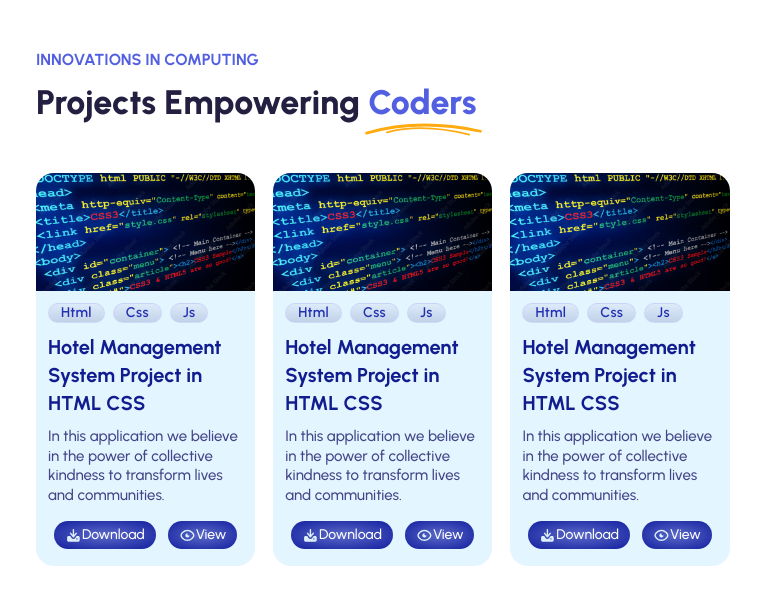
Repository: sharma171/jtccreativeideas
Page: /newsection (app in nextjssite/)
The author's editor kept a copy of each file at every save. The page is drawn from the files as they stood at one save, then again after the next save.
The browser window is 768 px wide. The pictures show the whole page.
The project was rebuilt for these pictures with package versions that can differ from the ones it lists, and the page was loaded fresh each time. The framework's server and built-in components were replaced by stand-ins that run in the browser. Also part of the build but not shown: nextjssite/next.config.mjs.

Above is the page before, as saved 2024-03-28 16:50:20.

### nextjssite/src/app/layout.js
// import { Inter } from "next/font/google";
// import "./globals.css";
import 'bootstrap/dist/css/bootstrap.min.css';

// const inter = Inter({ subsets: ["latin"] });

export const metadata = {
  title: "Create Next App",
  description: "Generated by create next app",
};

 const RootLayout = ({ children }) => {
  return (
    <html lang="en">
      <body>
        {/* Layout UI */}
        <main>{children}</main>
      </body>
    </html>
  )
}
export default RootLayout;

### nextjssite/src/app/newsection/page.jsx
import React from 'react'
import "./page.css"
import Headicon from "./after-head-icon.svg"
import Image from 'next/image'
import Link from 'next/link'
import Projimg1 from './images/projsection1.png'
import Projimg2 from './images/projsection2.png'
import Projimg3 from './images/projsection3.png'
import Downloadicon from './images/Download-icon.svg'
import Viewicon from './images/view-icon.svg'
const Page = () => {
    return(
        <>
        <section className="projects">
            <div className="container">
                <div className="col-flex main-head">
                    <h5 className="small-head">Innovations in Computing</h5>
                    <h3 className="bghead">Projects Empowering <span>Coders
                        <Image src={Headicon}></Image></span></h3>
                </div>
                <ul className="project-cards">
                    <li>

                        <div className="card-inner">
                            <Image src={Projimg1} alt="project" className="thumb"></Image>
                            <div className="info">
                                <div className="tech-info">
                                    <span>Html</span>
                                    <span>Css</span>
                                    <span>Js</span>
                                </div>
                                <Link href="/newsection" className="text-link">
                                    <h3 className="heading">
                                        Hotel Management System Project in HTML CSS
                                    </h3>
                                </Link>
                                <p className="cardpara">
                                    In this application we believe in the power of collective kindness to transform lives and communities.
                                </p>
                                <div className="card-button">
                                    <a href="" className="bot-button">
                                        <Image src={Downloadicon} alt='icon'></Image>
                                        Download
                                    </a>
                                    <a href="" className="bot-button">
                                        <Image src={Viewicon} alt='icon'></Image>
                                        View
                                    </a>
                                </div>
                            </div>
                        </div>
                    </li>
                    <li>

                            <div className="card-inner">
                                <Image src={Projimg1} alt="project" className="thumb"></Image>
                                <div className="info">
                                    <div className="tech-info">
                                        <span>Html</span>
                                        <span>Css</span>
                                        <span>Js</span>
                                    </div>
                                    <Link href="/newsection" className="text-link">
                                        <h3 className="heading">
                                            Hotel Management System Project in HTML CSS
                                        </h3>
                                    </Link>
                                    <p className="cardpara">
                                        In this application we believe in the power of collective kindness to transform lives and communities.
                                    </p>
                                    <div className="card-button">
                                        <a href="" className="bot-button">
                                            <Image src={Downloadicon} alt='icon'></Image>
                                            Download
                                        </a>
                                        <a href="" className="bot-button">
                                            <Image src={Viewicon} alt='icon'></Image>
                                            View
                                        </a>
                                    </div>
                                </div>
                            </div>
                    </li>
                    <li>

                            <div className="card-inner">
                                <Image src={Projimg1} alt="project" className="thumb"></Image>
                                <div className="info">
                                    <div className="tech-info">
                                        <span>Html</span>
                                        <span>Css</span>
                                        <span>Js</span>
                                    </div>
                                    <Link href="/newsection" className="text-link">
                                        <h3 className="heading">
                                            Hotel Management System Project in HTML CSS
                                        </h3>
                                    </Link>
                                    <p className="cardpara">
                                        In this application we believe in the power of collective kindness to transform lives and communities.
                                    </p>
                                    <div className="card-button">
                                        <a href="" className="bot-button">
                                            <Image src={Downloadicon} alt='icon'></Image>
                                            Download
                                        </a>
                                        <a href="" className="bot-button">
                                            <Image src={Viewicon} alt='icon'></Image>
                                            View
                                        </a>
                                    </div>
                                </div>
                            </div>
                    </li>
                </ul>
            </div>
        </section>
        <section className="project-category">
            <div className="container">

            </div>
        </section>
        </>
    )
}
export default Page;

### nextjssite/src/app/newsection/page.css
@import url('https://fonts.googleapis.com/css2?family=Urbanist:ital,wght@0,100..900;1,100..900&display=swap');
* {
    font-family: 'Urbanist', sans-serif;
    font-optical-sizing: auto;
}

section.projects {
    padding: 50px 0;
}
.main-head .small-head {
    color: #525fe1;
    font-size: 16px;
    font-weight: 700;
    text-transform: uppercase;
}
.main-head .bghead {
    color: #231f40;
    font-size: 34px;
    line-height: 1.5em;
    font-weight: 800;
}
.main-head .bghead span {
    color: #525fe1;
    position: relative;
}
.main-head .bghead span img {
    position: absolute;
    top: 100%;
    left: -5.9999999999999964px;
    width: 122.29999999999994px;
    height: 12.600000000000012px;
}
.project-cards {
    padding: 0;
    margin: 45px 0;
    list-style: none;
    display: flex;
    flex-direction: row;
    gap: 45px;
}
.project-cards li {
    width: calc(33.33333333333333% - 30px);
    border-radius: 18px;
    background: #E3F5FF;
}
.project-cards li .card-inner {
    display: flex;
    flex-direction: column;
    width: 100%;
    border-top-left-radius: 18px;
    border-top-right-radius: 18px;
}
.project-cards li .card-inner .thumb {
    width: 100%;
    max-width: 100%;
    height: auto;
    object-fit: cover;
    border-top-left-radius: 18px;
    border-top-right-radius: 18px;
}
.project-cards li .card-inner .info {
    padding: 18px 20px;
    display: flex;
    flex-direction: column;
    gap: 10px;
}

.project-cards li .card-inner .info .tech-info {
    display: flex;
    flex-direction: row;
    align-items: center;
    gap: 12px;
}
.project-cards li .card-inner .info .tech-info span {
    height: 25px;
    font-size: 16px;
    color: #222FB0;
    padding: 0 15px;
    font-weight: 600;
    letter-spacing: 0.3px;
    line-height: 16px;
    background: linear-gradient(181deg, #d2d7f152, #C0D0E7);
    align-content: center;
    border-radius: 19px;
    border: 1px solid #ccd3fbc2;
}
.project-cards li .card-inner .info .text-link {
    text-decoration: none;
}
.project-cards li .card-inner .info .heading {
    font-size: 24px;
    line-height: 1.4em;
    font-weight: 700;
    color: #111D8F;
    margin: 0;
}
.project-cards li .card-inner .info .cardpara {
    font-size: 18px;
    line-height: 1.5em;
    font-weight: 500;
    color: #444487;
    margin: 0 0 6px 0;
}
.project-cards li .card-inner .info .card-button {
    display: flex;
    flex-direction: row;
    align-items: center;
    justify-content: center;
    gap: 12px;
    margin-bottom: 5px;
}
.project-cards li .card-inner .info .card-button .bot-button {
    background: radial-gradient(#5C6AC8, #121F9F);
    padding: 6px 13px;
    font-size: 16px;
    line-height: 1.5em;
    align-content: center;
    border-radius: 20px;
    text-decoration: none;
    color: #fff;
    font-weight: 500;
}
@media (max-width: 1200px) and (min-width:992px){
    .project-cards li .card-inner .info .tech-info span{
        font-size: 14px;
        padding: 0 12px;
        height: 20px;
    }
    .project-cards li .card-inner .info .tech-info {
        gap: 8px;
    }
    .project-cards li .card-inner .info .heading {
        font-size: 20px;
    }
    .project-cards li .card-inner .info .cardpara {
        font-size: 15px;
        line-height: 1.3em;
    }

    .project-cards {
        gap:18px;

    }
    .project-cards li {
        width: calc(33.33333333333333% - 12.8px);
    }
    .project-cards li .card-inner .info .card-button .bot-button {
        padding: 4px 11px;
        font-size: 14px;
        line-height: 1.4em;
    }
}
@media (max-width: 991px) and (min-width:768px){
    .project-cards li .card-inner .info .tech-info span{
        font-size: 14px;
        padding: 0 12px;
        height: 20px;
    }
    .project-cards li .card-inner .info .tech-info {
        gap: 8px;
    }
    .project-cards li .card-inner .info .heading {
        font-size: 20px;
    }
    .project-cards li .card-inner .info .cardpara {
        font-size: 15px;
        line-height: 1.3em;
    }

    .project-cards {
        gap:18px;

    }
    .project-cards li {
        width: calc(33.33333333333333% - 12.8px);
    }
    .project-cards li .card-inner .info {
        padding: 12px 12px;
    }
    .project-cards li .card-inner .info .card-button .bot-button {
        padding: 4px 11px;
        font-size: 14px;
        line-height: 1.4em;
    }
}

After the next save:
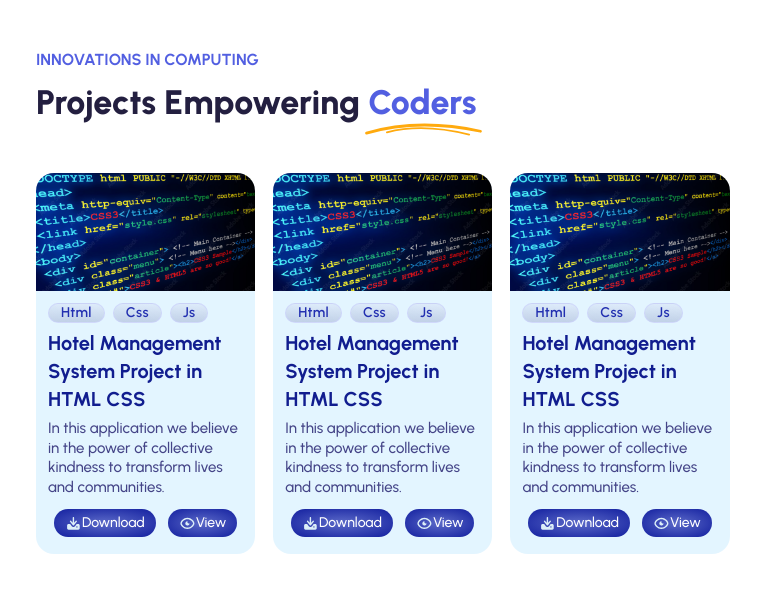
Saved 46 s later.
--- a/nextjssite/src/app/newsection/page.css
+++ b/nextjssite/src/app/newsection/page.css
@@ -176,6 +176,7 @@ section.projects {
     }
     .project-cards li .card-inner .info {
         padding: 12px 12px;
+        gap:6px;
     }
     .project-cards li .card-inner .info .card-button .bot-button {
         padding: 4px 11px;
